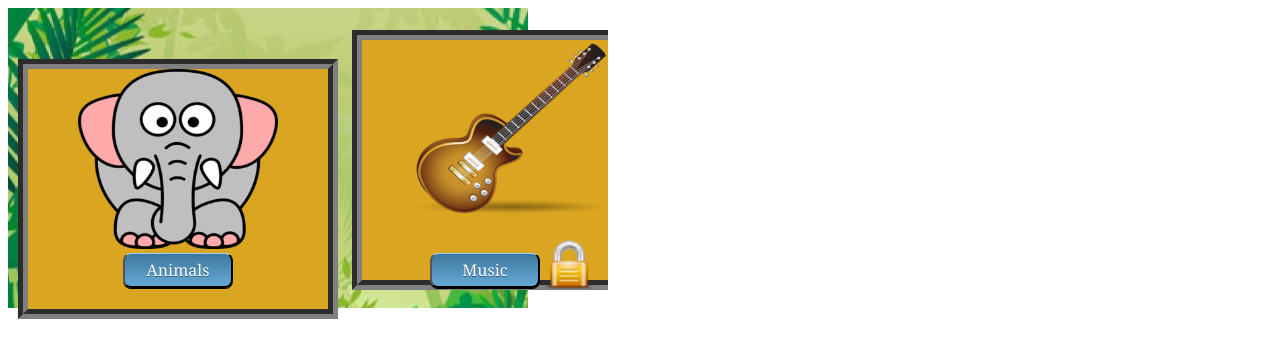
Repository: RathipriyaChandrasekaran/dotlite
Page: ConnectDots/menupage.html
These files come from the project's save history. The page is drawn as it stood at one moment and after the next save; the edit follows.
The browser window is 1280 px wide. The pictures show the whole page.

Above is the page before, as saved 2014-12-15 04:20:31.

After the next save:
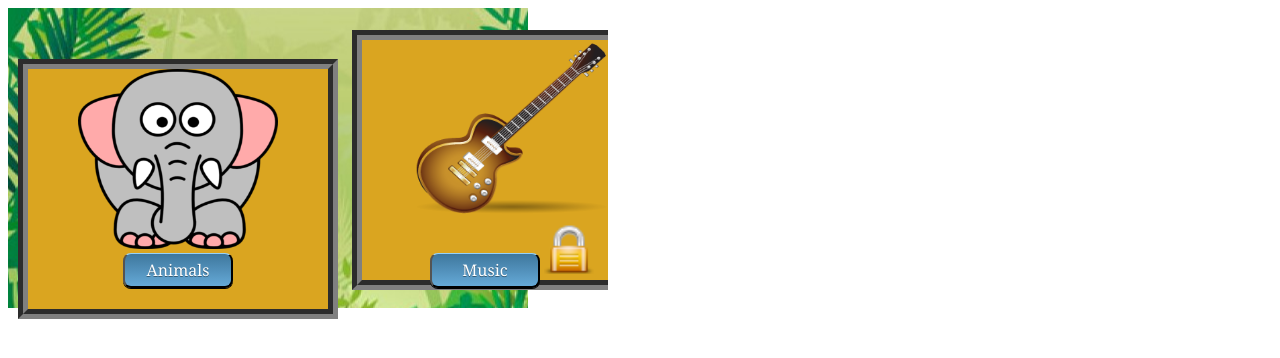
Saved 51 s later.
--- a/ConnectDots/menupage.html
+++ b/ConnectDots/menupage.html
@@ -18,7 +18,7 @@
     <div id="musiclearning" class="scrollable">
      <img src="images/guitar.png" id="blurredimage"></img>
      <button class="button" style="width:110px !important;" >Music</button>
-     <img src="images/lock.png" style="width: 50px !important; height: 50px !important; position:relative;"></img>
+     <img src="images/lock.png" style="width: 50px !important; height: 50px !important; position:center;"></img>
 
     </div>
     <div id="fruitslearning" class="scrollable">
